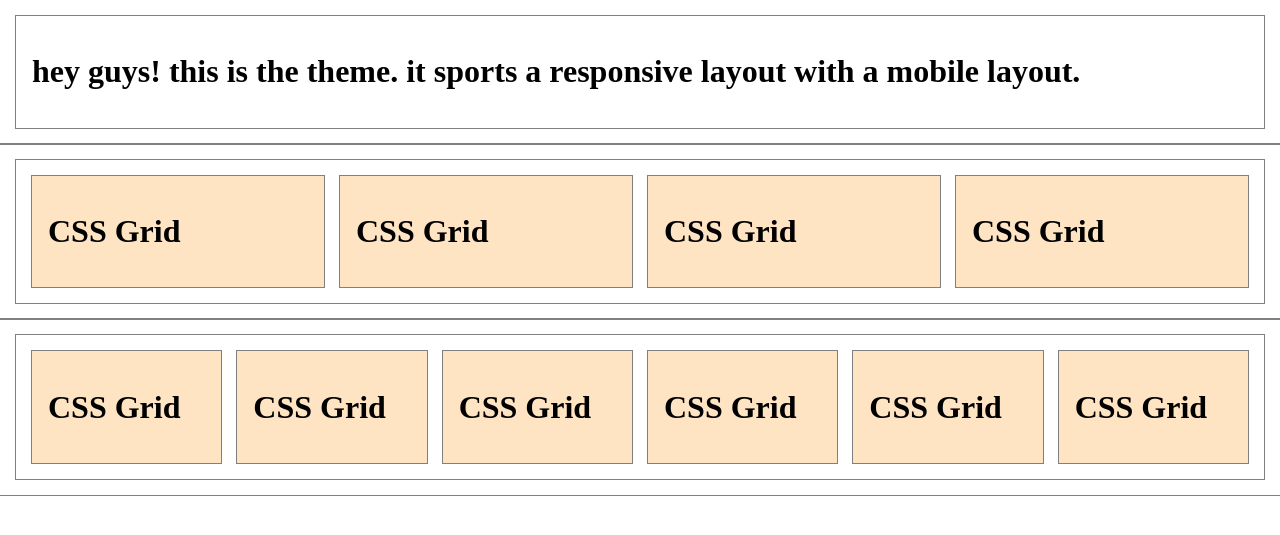
Repository: jjennbui/MDIA2003G-Assignment03B
Page: index.html
The author's editor kept a copy of each file at every save. The page is drawn from the files as they stood at one save, then again after a run of saves.
The browser window is 1280 px wide. The pictures show the whole page.

Above is the page before, as saved 2023-01-24 20:02:58.

After the next 2 saves:
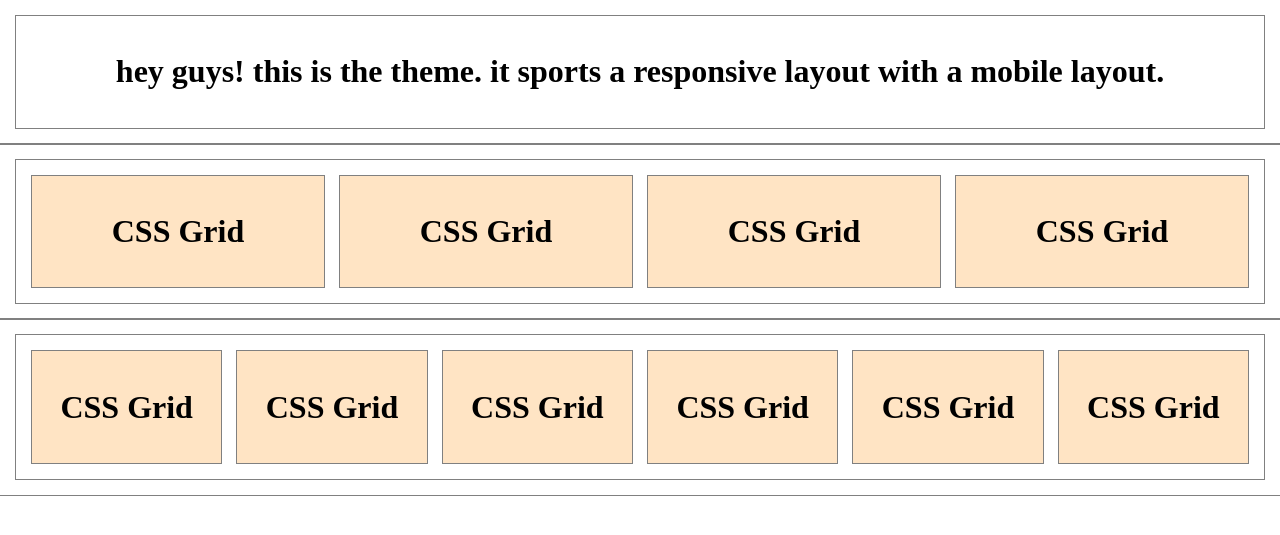
The 2 saves are shown as one change because they came seconds apart.
The last was saved 9 s later.
--- a/css/main.css
+++ b/css/main.css
@@ -52,7 +52,7 @@ header {
   max-width: 200rem;
   column-gap: 1rem;
   row-gap: 1rem;
-  align-text: center;
+  text-align: center;
 }
 
 /* Small only */
